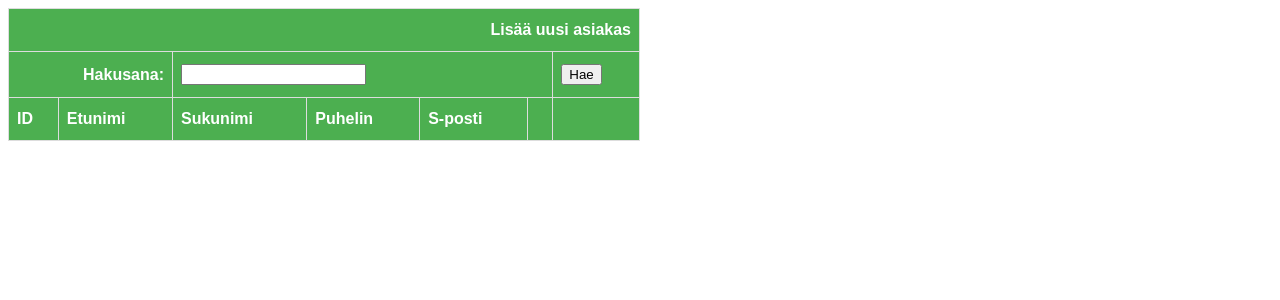
Repository: Lateh13/Asiakkaat
Page: http://localhost/Asiakkaat/listaaasiakkaat.jsp
An editor plug-in stored every save of this project. The page is shown before and after the next save, followed by the edit.
The browser window is 1280 px wide. The pictures show the whole page.
The page is served by Tomcat 9. Queries for data that is not in the repository find no rows.

Above is the page before, as saved 2020-05-10 16:42:07.

After the next save:
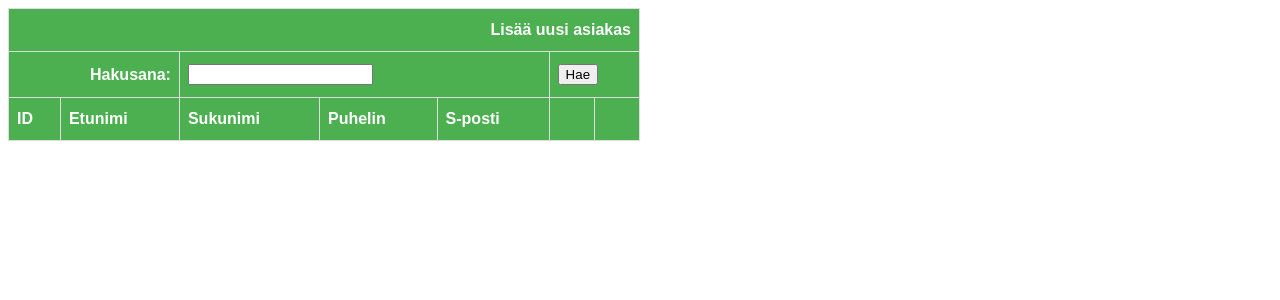
Saved 32 s later.
--- a/Asiakkaat/WebContent/listaaasiakkaat.jsp
+++ b/Asiakkaat/WebContent/listaaasiakkaat.jsp
@@ -16,8 +16,8 @@
 		</tr>
 		<tr>
 			<th class="oikealle" colspan="2">Hakusana:</th>
-			<th colspan="4"><input type="text" name="haku" id="haettava" size="20"></th>
-			<th ><input type="submit" value="Hae" id="hakunappi"></th>
+			<th colspan="3"><input type="text" name="haku" id="haettava" size="20"></th>
+			<th colspan="2"><input type="submit" value="Hae" id="hakunappi"></th>
 		</tr>
   		<tr>
   			<th>ID</th>
